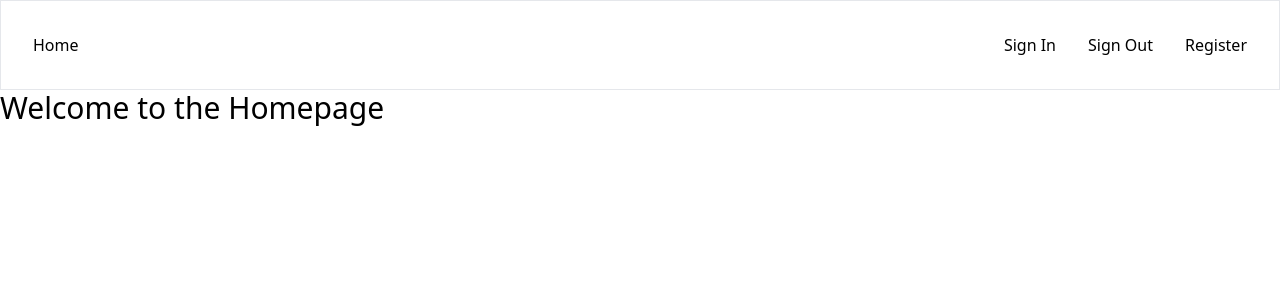
Repository: oderinde300/react-authentication-with-json-server
Page: /
The author's editor kept a copy of each file at every save. The page is drawn from the files as they stood at one save, then again after the next save.
The browser window is 1280 px wide. The pictures show the whole page.
The project was rebuilt for these pictures with package versions that can differ from the ones it lists, and the page was loaded fresh each time. Also part of the build but not shown: src/components/authentication/Login.jsx, src/pages/LoginPage.jsx.

Above is the page before, as saved 2023-03-22 12:29:42.

After the next save:
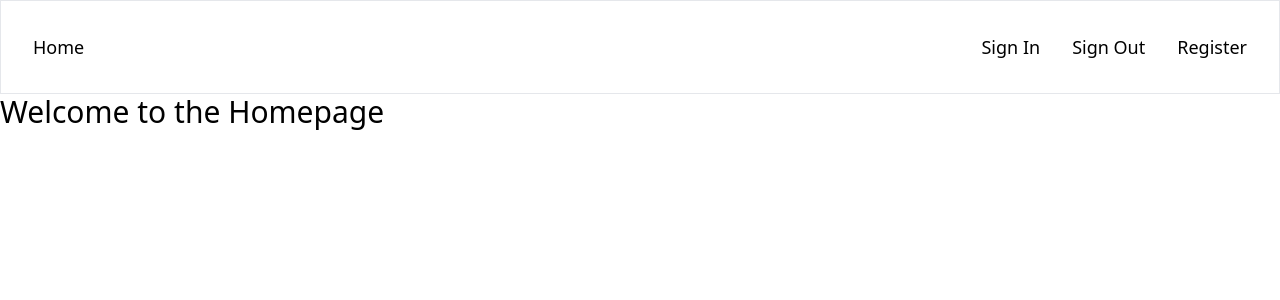
Saved 18 s later.
--- a/src/App.js
+++ b/src/App.js
@@ -6,12 +6,12 @@ function App() {
   return (
     <div>
       <header>
-        <nav className="border py-8 flex justify-between px-8">
+        <nav className="border py-8 flex justify-between px-8 text-lg">
           <p>Home</p>
           <ul className="flex ">
-            <li className="mx-4">Sign In</li>
-            <li className="mx-4">Sign Out</li>
-            <li className="ml-4">Register</li>
+            <li className="mx-4 text-lg">Sign In</li>
+            <li className="mx-4 text-lg">Sign Out</li>
+            <li className="ml-4 text-lg">Register</li>
           </ul>
         </nav>
       </header>
